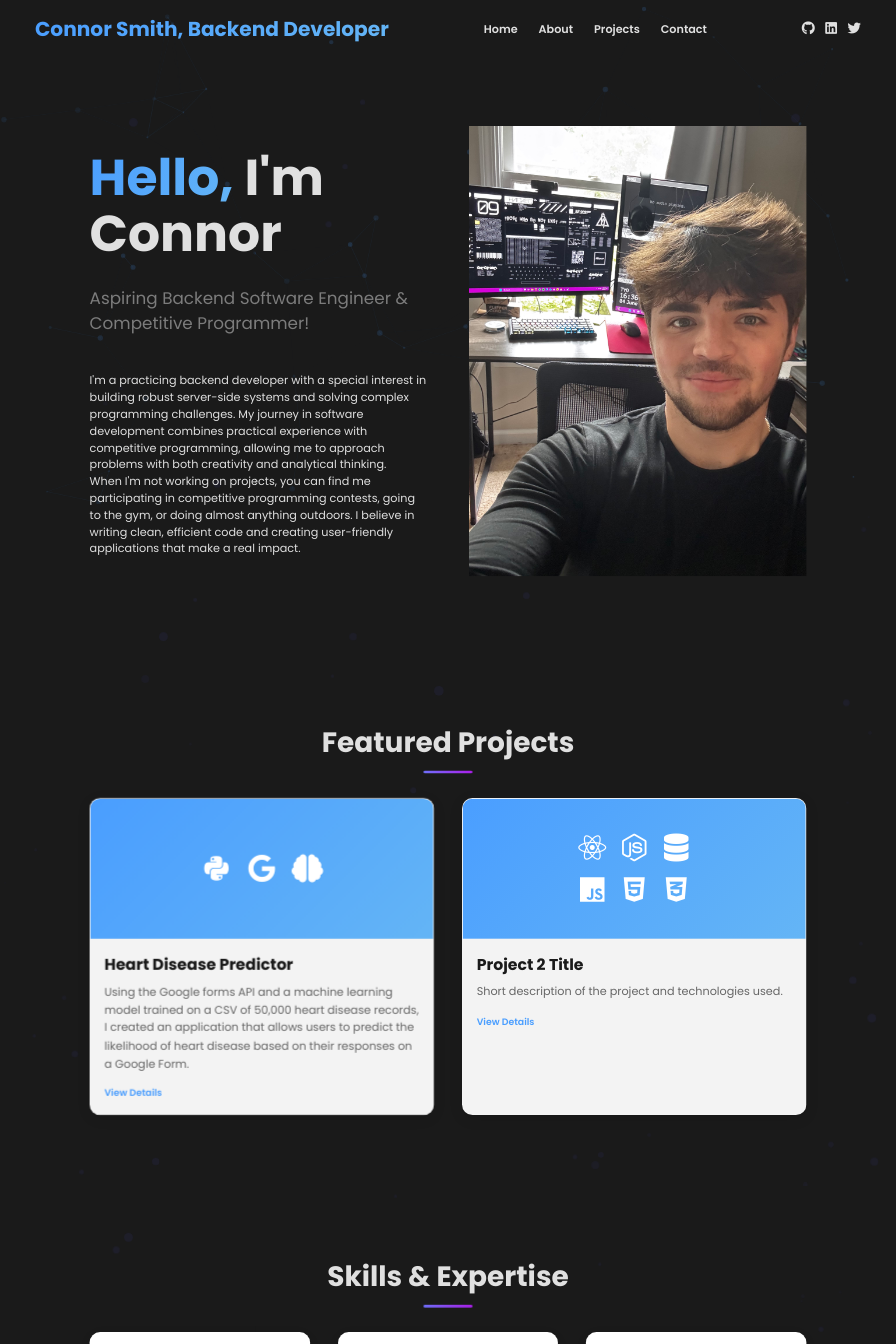
Repository: connorGS9/portfolio-website
Page: /
An editor plug-in stored every save of this project. The page is shown before and after the next save, followed by the edit.
The browser window is 1280 px wide. The pictures show the part of the page from y = 0 to 1920 px (the page is 3460 px tall), at 70% of full size.
The project was rebuilt for these pictures with package versions that can differ from the ones it lists, and the page was loaded fresh each time.

Above is the page before, as saved 2025-06-04 15:42:37.

After the next save:
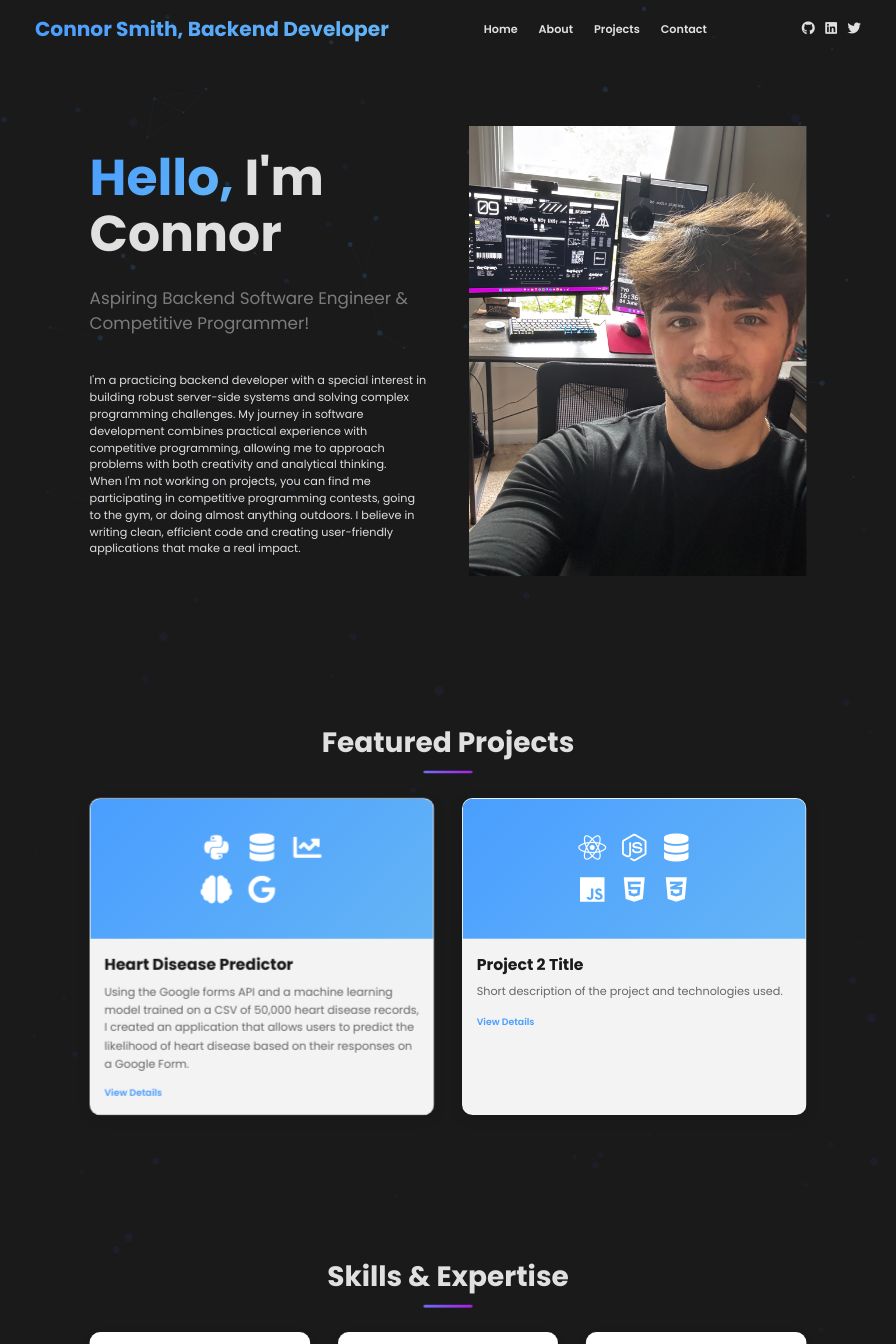
Saved 46 s later.
--- a/src/pages/Home.jsx
+++ b/src/pages/Home.jsx
@@ -115,8 +115,10 @@ const Home = () => {
             <div className="featured-tech">
               <div className="tech-icons">
                 <i className="fab fa-python" title="Python"></i>
+                <i className="fas fa-database" title="Pandas"></i>
+                <i className="fas fa-chart-line" title="NumPy"></i>
+                <i className="fas fa-brain" title="Machine Learning"></i>
                 <i className="fab fa-google" title="Google Forms API"></i>
-                <i className="fas fa-brain" title="Machine Learning"></i>
               </div>
             </div>
             <h3>Heart Disease Predictor</h3>
